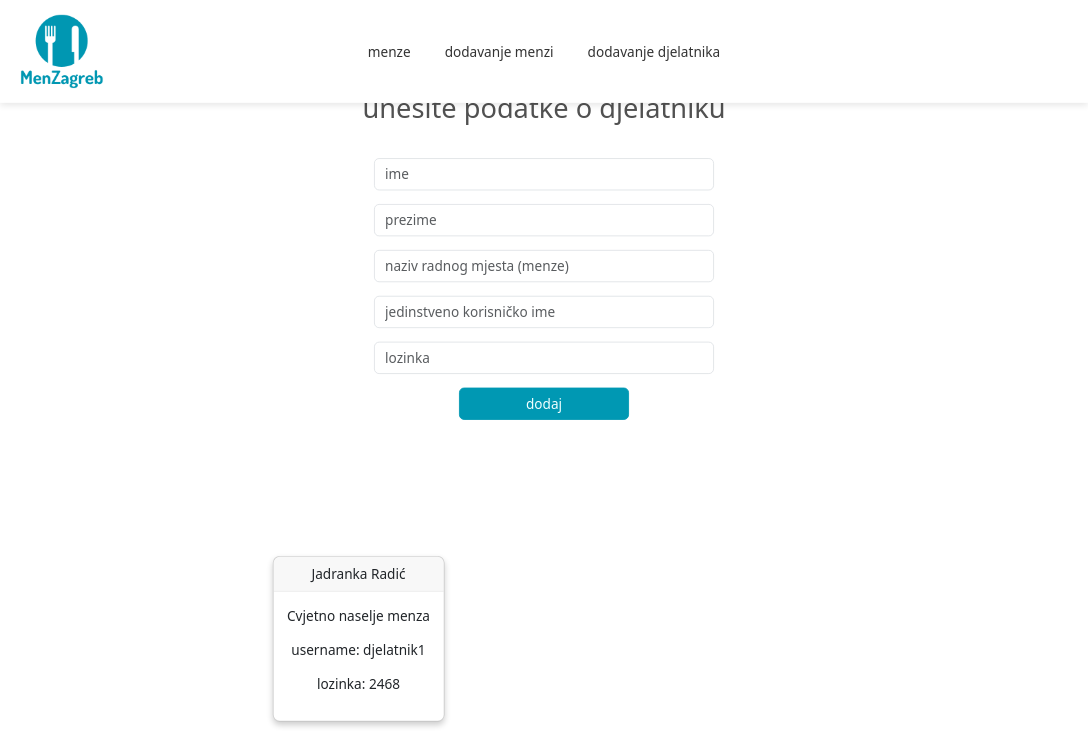
Repository: MENZG/menZg
Page: /admin/dodajDjelatnika (app in IzvorniKod/)
The author's editor kept a copy of each file at every save. The page is drawn from the files as they stood at one save, then again after the next save.
The browser window is 1280 px wide. The pictures show the whole page, at 85% of full size.
The project was rebuilt for these pictures with package versions that can differ from the ones it lists, and the page was loaded fresh each time. Also part of the build but not shown: IzvorniKod/vite.config.ts, IzvorniKod/src/Components/LoginForm.tsx, IzvorniKod/src/Components/AdminLogin.tsx, IzvorniKod/src/Components/EmployeeLogin.tsx, IzvorniKod/src/Components/NavBar.tsx, IzvorniKod/src/Components/ListaMenza.tsx, IzvorniKod/src/Components/Profil.tsx, IzvorniKod/src/Components/AddMenza.tsx and 5 more.

Above is the page before, as saved 2024-11-07 13:57:08.

### IzvorniKod/index.html
<!DOCTYPE html>
<html lang="en">
  <head>
    <meta charset="UTF-8" />
    <meta name="viewport" content="width=device-width, initial-scale=1.0" />
    <link rel="preconnect" href="https://fonts.googleapis.com">
    <link rel="preconnect" href="https://fonts.gstatic.com" crossorigin>
    <link href="https://fonts.googleapis.com/css2?family=Poiret+One&display=swap" rel="stylesheet">
    <title>MenZG</title>
  </head>
  <body>
    <div id="root"></div>
    <script type="module" src="/src/main.tsx"></script>
  </body>
</html>

### IzvorniKod/src/App.tsx
import {
  BrowserRouter as Router,
  Routes,
  Route,
  Navigate,
} from "react-router-dom";

import LoginForm from "./Components/LoginForm.tsx";
import AdminLogin from "./Components/AdminLogin.tsx";
import "bootstrap/dist/css/bootstrap.min.css";
import EmployeeLogin from "./Components/EmployeeLogin.tsx";
import ListaMenza from "./Components/ListaMenza.tsx";
import Profil from "./Components/Profil.tsx";
import AddMenza from "./Components/AddMenza.tsx";
import AddEmployee from "./Components/AddEmployee.tsx";
import AddWorkingHours from "./Components/AddWorkingHours.tsx";
import AddMeals from "./Components/AddMeals.tsx";
import ListaMenzaAdmin from "./Components/ListaMenzaAdmin.tsx";
import ListaMenzaEmployee from "./Components/ListaMenzaEmployee.tsx";

function App() {
  return (
    <Router>
      <Routes>
        <Route path="/" element={<Navigate to="/login/student" />} />
        <Route path="/login" element={<Navigate to="/login/student" />} />
        <Route path="/login/student" element={<LoginForm />} />
        <Route path="/login/admin" element={<AdminLogin />} />
        <Route path="/login/employee" element={<EmployeeLogin />} />
        <Route path="/menze" element={<ListaMenza />} />
        <Route path="/profil" element={<Profil />} />
        <Route path="/admin/menze" element={<ListaMenzaAdmin />} />
        <Route path="/admin/dodajMenzu" element={<AddMenza />} />
        <Route path="/admin/dodajDjelatnika" element={<AddEmployee />} />
        <Route path="/djelatnik/menze" element={<ListaMenzaEmployee />} />
        <Route path="/djelatnik/dodajJelovnik" element={<AddMeals />} />
        <Route
          path="/djelatnik/dodajRadnoVrijeme"
          element={<AddWorkingHours />}
        />
      </Routes>
    </Router>
  );
}

export default App;

### IzvorniKod/src/Components/AddEmployee.tsx
import NavBarAdmin from "./NavBarAdmin";
import { Button, Form } from "react-bootstrap";
import "/src/styles/AddEmployee.css";
import ListaEmployees from "./ListaEmployees";

const AddEmployee = () => {
  return (
    <>
      <NavBarAdmin />
      <div className="dodaj-djelatnika-container">
        <h2 className="h2">unesite podatke o djelatniku</h2>
        <Form className="w-100" style={{ maxWidth: "400px" }}>
          <Form.Group className="mb-3">
            <Form.Control
              className="form-control"
              type="name"
              placeholder="ime"
            />
          </Form.Group>

          <Form.Group className="mb-3">
            <Form.Control
              className="form-control"
              type="last-name"
              placeholder="prezime"
            />
          </Form.Group>

          <Form.Group className="mb-3">
            <Form.Control
              className="form-control"
              type="text"
              placeholder="naziv radnog mjesta (menze)"
            />
          </Form.Group>

          <Form.Group className="mb-3">
            <Form.Control
              className="form-control"
              type="text"
              placeholder="jedinstveno korisničko ime"
            />
          </Form.Group>

          <Form.Group className="mb-3">
            <Form.Control
              className="form-control"
              type="text"
              placeholder="lozinka"
            />
          </Form.Group>

          <Button variant="primary" type="submit" className="w-50 mb-3">
            dodaj
          </Button>
        </Form>
        <ListaEmployees />
      </div>
    </>
  );
};

export default AddEmployee;

### IzvorniKod/src/styles/ListaMenza.css
/*.card-container {
    display: grid;
    grid-template-columns: repeat(auto-fill, minmax(18rem, 1fr));
    gap: 1rem;
    padding: 1rem;
    justify-items: center;
    align-items: start;
    padding-top: 20vh;
  }*/

  .card-container {
    display: grid;
    grid-template-columns: repeat(3, 1fr); /* Maksimalno 3 stupca */
    gap: 1rem;
    padding: 1rem;
    justify-items: center;
    justify-content: center;
    align-items: start;
    padding-top: 20vh;
    max-width: 75vw; /* Održite ovu širinu za udaljenost od rubova */
    margin-left: auto; /* Centriranje pomoću automatskih margina */
    margin-right: auto;
  }

  /* Smanji na 2 stupca za srednje ekrane */
  @media (max-width: 768px) {
    .card-container {
      grid-template-columns: repeat(2, 1fr);
    }
  }

  /* Smanji na 1 stupac za male ekrane (mobitele) */
  @media (max-width: 480px) {
    .card-container {
      grid-template-columns: 1fr;
    }
  }

  .card {
    box-shadow: 0px 4px 8px rgba(0, 0, 0, 0.2);
    border-radius: 8px;
    transition: transform 0.3s ease;
  }

  .card:hover {
    transform: scale(1.05);
  }

  .card img {
    border-top-left-radius: 8px;
    border-top-right-radius: 8px;
    object-fit: cover;
    height: 25vh;
  }

  .btn-primary{
    background-color: #0098b3;
    color: azure;
    border-color: #0098b3;
  }

  .btn-primary:hover{
    background-color: #00758a;
    border-color: #00758a;
  }

  .button-container {
    text-align: center;
  }

### IzvorniKod/src/Components/NavBarAdmin.tsx
import "/src/styles/NavBar.css";
import { useNavigate } from "react-router-dom";
import { Button } from "react-bootstrap";

const NavBarAdmin = () => {
  const navigate = useNavigate();

  const handleOnClickMenze = () => {
    navigate("/admin/menze");
  };

  const handleOnClickAddMenza = () => {
    navigate("/admin/dodajMenzu");
  };

  const handleOnClickAddEmployee = () => {
    navigate("/admin/dodajDjelatnika");
  };
  return (
    <nav className="navbar navbar-expand-lg bg-body-tertiary navbar-bg">
      <div className="container-fluid">
        <img
          src="/src/public/MenZagreb.png"
          alt="logo slika"
          className="logo-img"
        ></img>
        <div className="nav-btn-container">
          <ul className="navbar-nav me-auto mb-2 mb-lg-0">
            <li className="nav-item">
              <Button className="nav-btn" onClick={handleOnClickMenze}>
                menze
              </Button>
            </li>
            <li className="nav-item">
              <Button className="nav-btn" onClick={handleOnClickAddMenza}>
                dodavanje menzi
              </Button>
            </li>
            <li className="nav-item">
              <Button className="nav-btn" onClick={handleOnClickAddEmployee}>
                dodavanje djelatnika
              </Button>
            </li>
          </ul>
        </div>
      </div>
    </nav>
  );
};

export default NavBarAdmin;

### IzvorniKod/src/styles/AddMenza.css
.dodaj-menzu-container{
    display: flex;
    flex-direction: column;
    align-items: center; /* Centers the children horizontally */
    justify-content: center; /* Centers the children vertically, if needed */
    text-align: center;
    padding-top: 15vh;
}

.h2{
    color: rgb(81, 81, 81);
    margin-bottom: 40px;
}
.h4{
    color: rgb(81, 81, 81);
}

body {
    display: flex;
    justify-content: center; /* Centers horizontally */
    align-items: center; /* Centers vertically */
    min-height: 100vh; /* Ensures the body takes the full height of the viewport */
    margin: 0; /* Removes default margin */
  }

.select-container{
    display: flex;
    flex-direction: row;
    margin: 20px;
}

### IzvorniKod/src/styles/AddEmployee.css
.dodaj-djelatnika-container{
    display: flex;
    flex-direction: column;
    align-items: center; /* Centers the children horizontally */
    justify-content: center; /* Centers the children vertically, if needed */
    text-align: center;
    padding-top: 15vh;
}

.h2{
    color: rgb(81, 81, 81);
    margin-bottom: 40px;
}

body {
    display: flex;
    justify-content: center; /* Centers horizontally */
    align-items: center; /* Centers vertically */
    min-height: 100vh; /* Ensures the body takes the full height of the viewport */
    margin: 0; /* Removes default margin */
  }

### IzvorniKod/src/Components/ListaEmployees.tsx
import "/src/styles/ListaMenza.css";

const ListaEmployees = () => {
  return (
    <div className="card-container">
      <div className="card">
        <div className="card-header">Jadranka Radić</div>
        <div className="card-body">
          <p>Cvjetno naselje menza</p>
          <p>username: djelatnik1</p>
          <p>lozinka: 2468</p>
        </div>
      </div>
    </div>
  );
};

export default ListaEmployees;

### IzvorniKod/src/styles/NavBar.css
.logo-img {
    height: 14vh;
    margin: 0;
}

/* Stil za navigacijske botune */
.nav-item .nav-btn {
    background: none;
    border: none;
    color: #333;
    font-weight: normal;
    cursor: pointer;
    padding: 0;
    text-decoration: none;
    margin: 0 20px;
}

.nav-item .nav-btn:hover {
    color: #0098b3;
    background: none;
}

.nav-btn-container {
    position: absolute;
    left: 50%;
    transform: translateX(-50%);
    display: flex;
    gap: 20px;
    align-items: center;
}

/* Stil za pozadinu navbara */
.navbar-bg {
    background-color: white !important;
}

/* Navbar - fiksna pozicija i stil */
.navbar {
    position: fixed;
    top: 0;
    left: 0;
    width: 100%;
    z-index: 1000;
    background-color: white;
    box-shadow: 0 4px 8px rgba(0, 0, 0, 0.1);
    padding: 10px;
}

/* Kontejner za elemente unutar navbara */
.navbar .container-fluid {
    display: flex;
    align-items: center;
    justify-content: space-between; /* Logo lijevo, ostatak desno */
    position: relative;
}

/* Centriranje logo-a */
.logo-img {
    margin-right: auto; /* Osigurava da logo ostane skroz lijevo */
}

Loaded but not shown: IzvorniKod/src/main.tsx (common file)

After the next save:
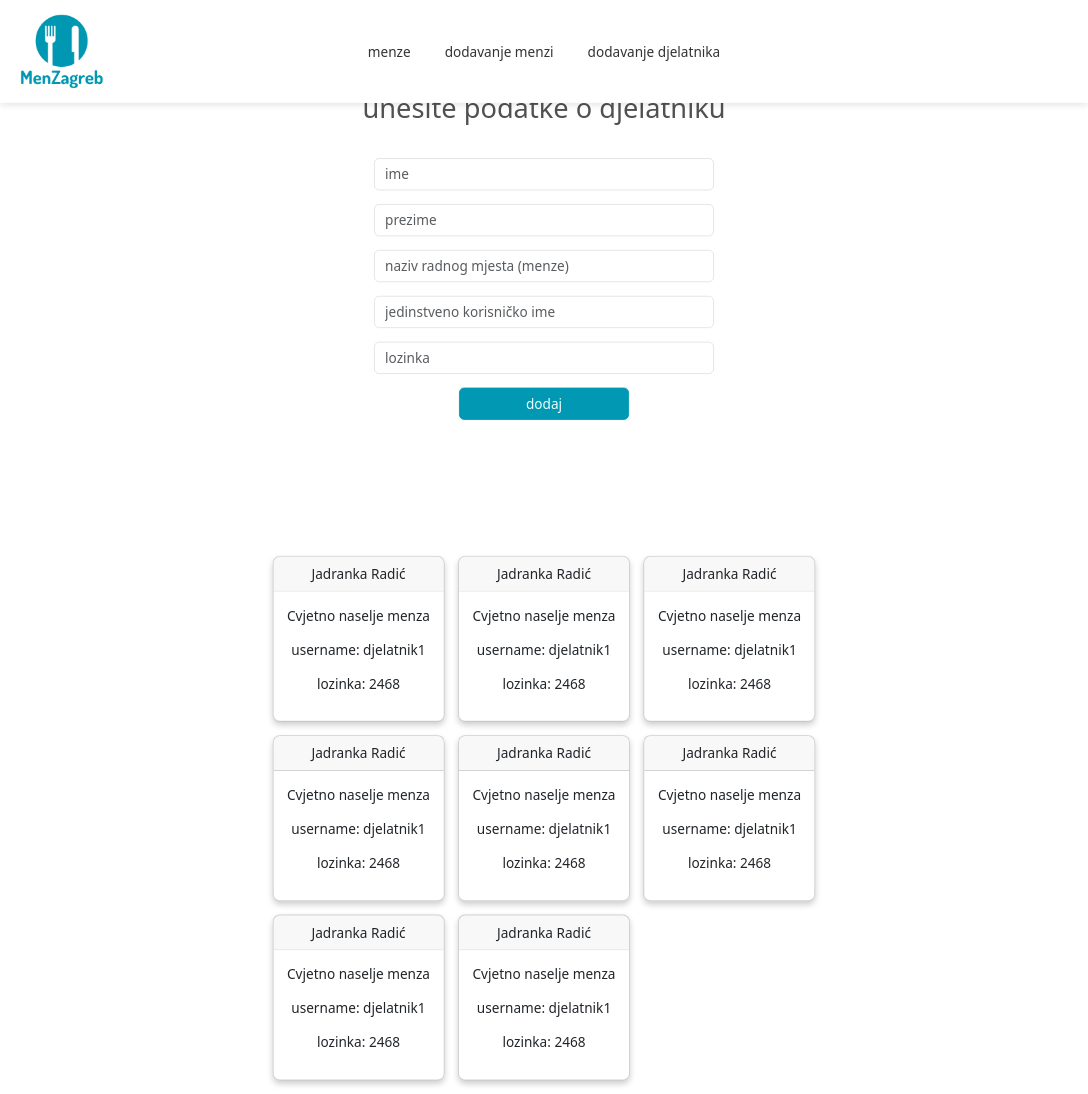
Saved 29 s later.
--- a/IzvorniKod/src/Components/ListaEmployees.tsx
+++ b/IzvorniKod/src/Components/ListaEmployees.tsx
@@ -11,6 +11,62 @@ const ListaEmployees = () => {
           <p>lozinka: 2468</p>
         </div>
       </div>
+      <div className="card">
+        <div className="card-header">Jadranka Radić</div>
+        <div className="card-body">
+          <p>Cvjetno naselje menza</p>
+          <p>username: djelatnik1</p>
+          <p>lozinka: 2468</p>
+        </div>
+      </div>
+      <div className="card">
+        <div className="card-header">Jadranka Radić</div>
+        <div className="card-body">
+          <p>Cvjetno naselje menza</p>
+          <p>username: djelatnik1</p>
+          <p>lozinka: 2468</p>
+        </div>
+      </div>
+      <div className="card">
+        <div className="card-header">Jadranka Radić</div>
+        <div className="card-body">
+          <p>Cvjetno naselje menza</p>
+          <p>username: djelatnik1</p>
+          <p>lozinka: 2468</p>
+        </div>
+      </div>
+      <div className="card">
+        <div className="card-header">Jadranka Radić</div>
+        <div className="card-body">
+          <p>Cvjetno naselje menza</p>
+          <p>username: djelatnik1</p>
+          <p>lozinka: 2468</p>
+        </div>
+      </div>
+      <div className="card">
+        <div className="card-header">Jadranka Radić</div>
+        <div className="card-body">
+          <p>Cvjetno naselje menza</p>
+          <p>username: djelatnik1</p>
+          <p>lozinka: 2468</p>
+        </div>
+      </div>
+      <div className="card">
+        <div className="card-header">Jadranka Radić</div>
+        <div className="card-body">
+          <p>Cvjetno naselje menza</p>
+          <p>username: djelatnik1</p>
+          <p>lozinka: 2468</p>
+        </div>
+      </div>
+      <div className="card">
+        <div className="card-header">Jadranka Radić</div>
+        <div className="card-body">
+          <p>Cvjetno naselje menza</p>
+          <p>username: djelatnik1</p>
+          <p>lozinka: 2468</p>
+        </div>
+      </div>
     </div>
   );
 };
